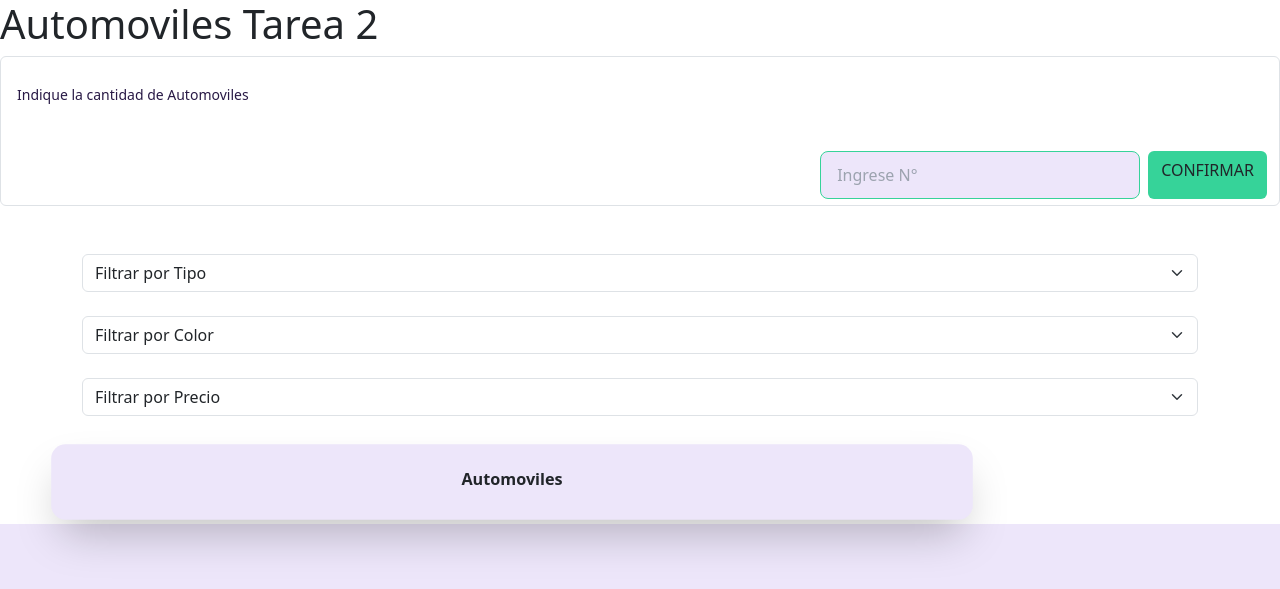
Repository: Claudioxs/Tarea2
Page: /automovil (app in FrontEnd/vue-project/)
These files come from the project's save history. The page is drawn as it stood at one moment and after the next save; the edit follows.
The browser window is 1280 px wide. The pictures show the whole page.
The project was rebuilt for these pictures with package versions that can differ from the ones it lists, and the page was loaded fresh each time. Also part of the build but not shown: FrontEnd/vue-project/vite.config.js, FrontEnd/vue-project/src/components/HelloWorld.vue.

Above is the page before, as saved 2023-05-22 23:44:00.

### FrontEnd/vue-project/src/main.js


import { createApp } from 'vue'
import App from './App.vue'
import router from './router'
import './style.css'
import 'bootstrap/dist/css/bootstrap.css'
import bootstrap from 'bootstrap/dist/js/bootstrap.bundle.js'

const app = createApp(App)

app.use(router,bootstrap)

app.mount('#app')

### FrontEnd/vue-project/src/App.vue
<script setup>
import { RouterLink, RouterView } from 'vue-router'
import HelloWorld from './components/HelloWorld.vue'
</script>

<template>

  <RouterView />
</template>

<style scoped>

</style>

### FrontEnd/vue-project/src/router/index.js
import { createRouter, createWebHistory } from 'vue-router'

import Automovil from '../views/Automovil.vue'

const router = createRouter({
  history: createWebHistory(import.meta.env.BASE_URL),
  routes: [

    {
      path: '/automovil',
      name: 'automovil',
      component: Automovil
    }
  ]
})

export default router

### FrontEnd/vue-project/src/views/Automovil.vue
<template>



<h1 >Automoviles Tarea 2</h1>

<div class="form-control ">
  <label class="label">
    <span class="label-text">Indique la cantidad de Automoviles </span>
    <br><br>

  </label>
 <div class="modal-action"  >
  <input type="number" placeholder="Ingrese N°" class="input input-bordered input-success w-full max-w-xs" />
    <label for="ModalBorrar"  @click="crearAutomovil(label-text)" class="btn" style="background-color: #36D399">Confirmar</label>
  </div>
</div>
<br><br>
<div class="container">

<select class="form-select" aria-label="Default select example" aria-expanded="false">
  <option selected>Filtrar por Tipo</option>
  <option value="1">Sedan</option>
  <option value="2">Camioneta</option>
  <option value="3">SUV</option>

</select> <br>
<select class="form-select" aria-label="Default select example">
  <option selected>Filtrar por Color</option>
  <option value="1">Rojo</option>
  <option value="2">Blanco</option>
  <option value="3">Negro</option>
  <option value="4">Azul</option>
  <option value="5">Amarillo</option>

</select> <br>
<select class="form-select" aria-label="Default select example">
  <option selected>Filtrar por Precio</option>
  <option value="1">10000000</option>
  <option value="1">20000000</option>
  <option value="2">30000000</option>

</select>
</div> <br>

<div class="modal-box w-11/12 max-w-5xl">

    <h3 class="font-bold text-lg" align="center">Automoviles</h3>



</div>




</template>

<style>
.container{
   margin-left: 5px;
   padding-right: 900px;

}
.modal-action{
  display: block;
}


</style>

<script>
import axios from 'axios'

export default {

  data: () => ({


  }),

  methods: {

    cearAutomovil(cant){
     axios({
       method: "GET",
       url: "http://localhost:8080/automovil/generate?cantidad="+cant,

       }).then((res) => {
        alert(
         "Automoviles creados"
        )
       }).catch((err) => console.log(err));
    },

    //filtramos por color
    filtrarColor(col){
      axios({
       method: "GET",
       url: "http://localhost:8080/automovil/buscarPorColor?color="+col,

       }).then((res) => {
        alert(
         "Periodo Añadido correctamente a asignatura"
        )
       }).catch((err) => console.log(err));
    }
   }

}

</script>

### FrontEnd/vue-project/tailwind.config.js
/** @type {import('tailwindcss').Config} */
module.exports = {
  daisyui: {
    themes: [
      {
        mytheme: {

            "primary": "#1D0027",

            "secondary": "#A181E2",

            "accent": "#37CDBE",

            "neutral": "#D9D9D9",

            "base-100": "#EDE6FA",

            "info": "#3ABFF8",

            "success": "#36D399",

            "warning": "#FBBD23",

            "error": "#F87272",
        },
      },
    ],
  },
  content: ["./index.html","./src/**/*.{vue,js,ts,jsx,tsx}"],
  theme: {
    extend: {},
  },
  plugins: [require("daisyui")],
}

Loaded but not shown: FrontEnd/vue-project/index.html (common file); FrontEnd/vue-project/src/style.css (common file)

After the next save:
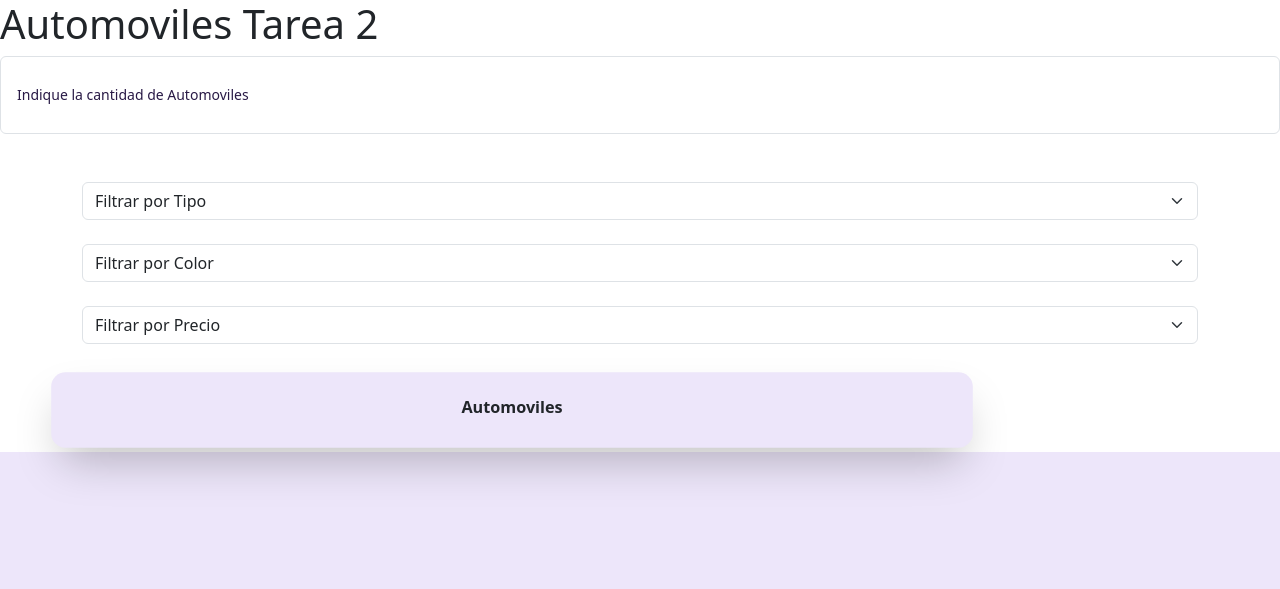
Saved 90 s later.
--- a/FrontEnd/vue-project/src/views/Automovil.vue
+++ b/FrontEnd/vue-project/src/views/Automovil.vue
@@ -10,7 +10,7 @@
     <br><br>
 
   </label>
- <div class="modal-action"  >
+ <div class="modal"  >
   <input type="number" placeholder="Ingrese N°" class="input input-bordered input-success w-full max-w-xs" />
     <label for="ModalBorrar"  @click="crearAutomovil(label-text)" class="btn" style="background-color: #36D399">Confirmar</label>
   </div>
